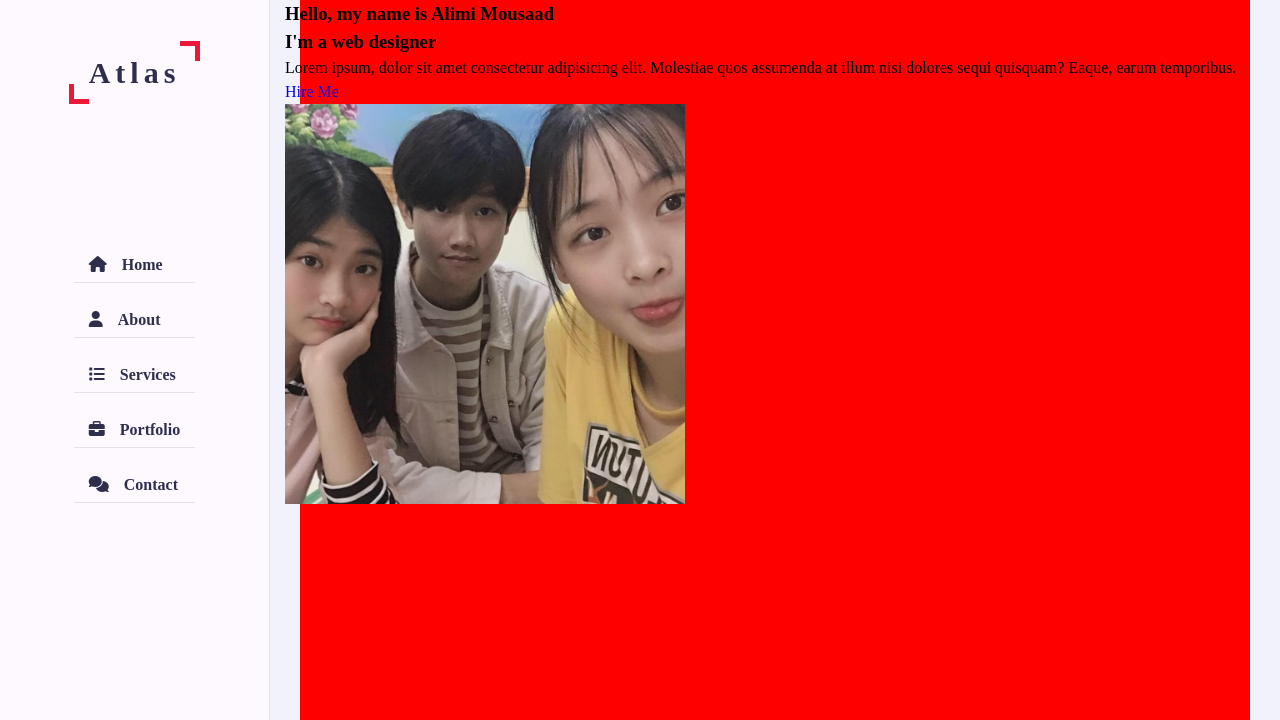
Repository: luanhoang0902/portfolio-ui
Page: index.html
The author's editor kept a copy of each file at every save. The page is drawn from the files as they stood at one save, then again after the next save.
The browser window is 1280 px wide. The pictures show the whole page.
Some web fonts or font styles are not loaded; a fallback is used. Some web libraries are served in a nearby version.

Above is the page before, as saved 2022-06-02 14:58:58.

After the next save:
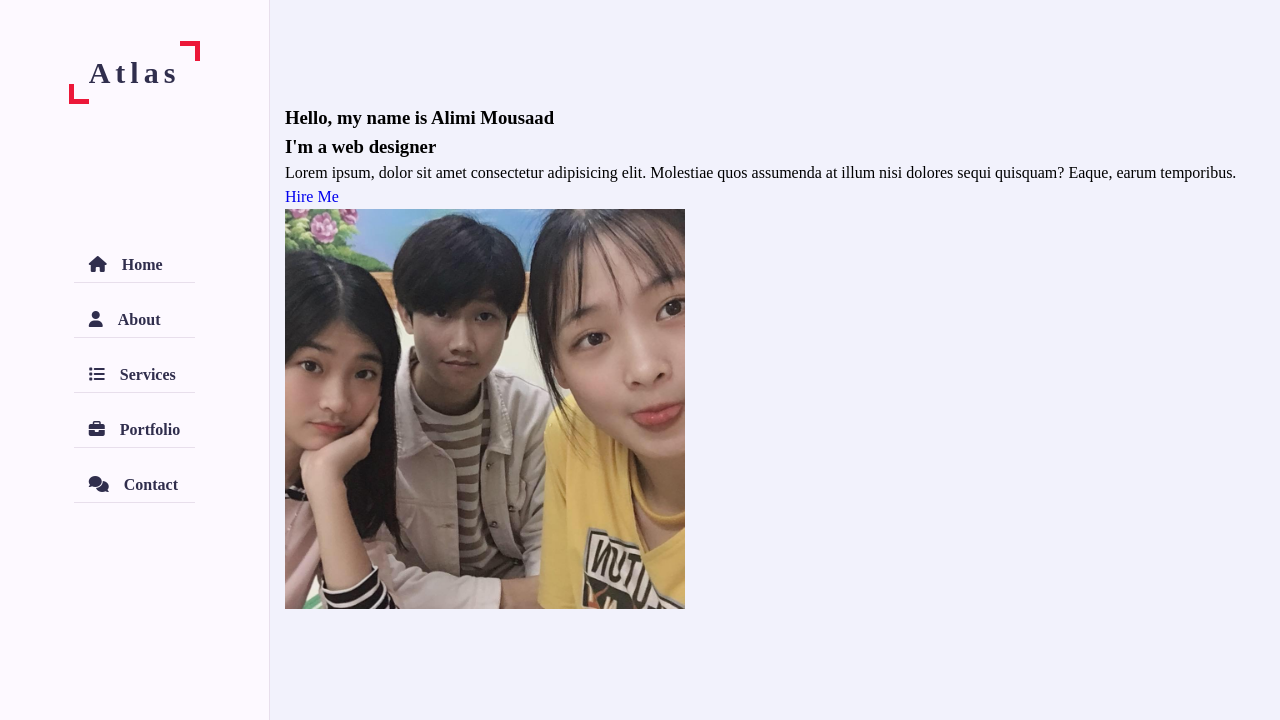
Saved 15 s later.
--- a/css/style.css
+++ b/css/style.css
@@ -57,7 +57,7 @@
 {
     max-width: 1100px;
     width: 100%;
-    background-color: red;
+    margin: auto;
 }
 .row
 {
